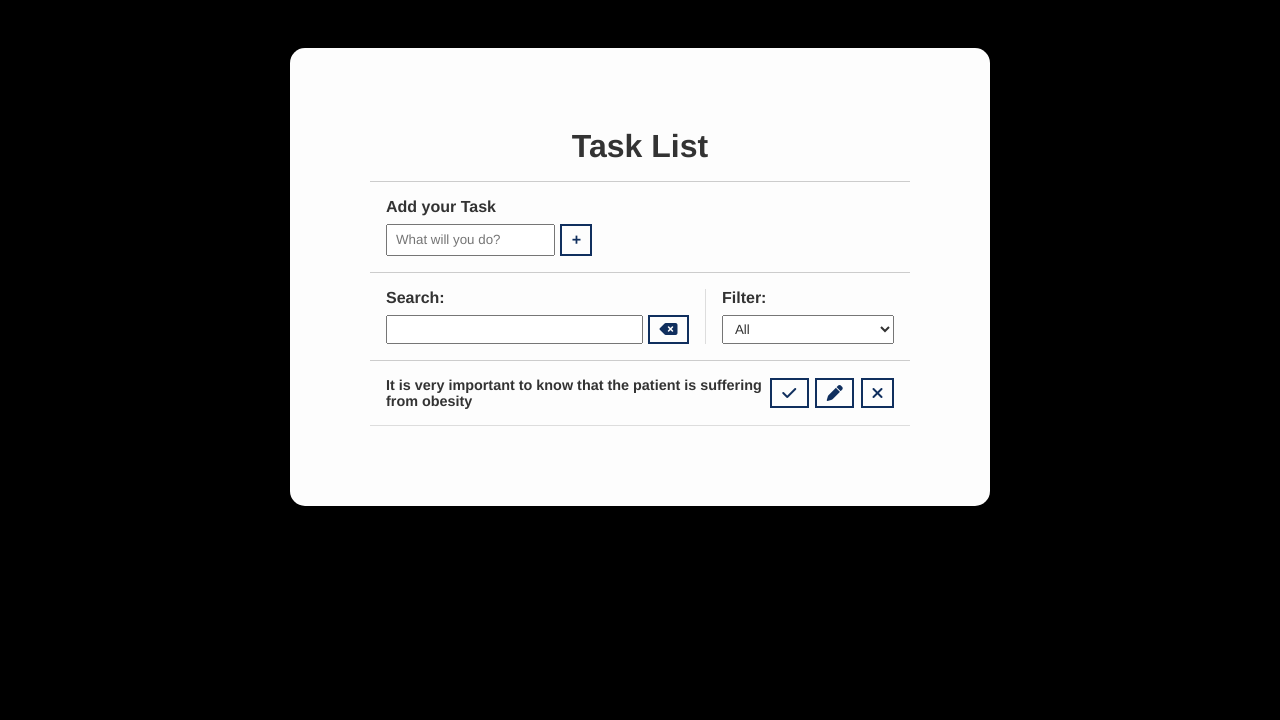
Repository: bek77g/todoList-vanillaJS
Page: index.html
The author's editor kept a copy of each file at every save. The page is drawn from the files as they stood at one save, then again after the next save.
The browser window is 1280 px wide. The pictures show the whole page.
Some web libraries are served in a nearby version.

Above is the page before, as saved 2023-01-23 12:04:12.

### index.html
<!DOCTYPE html>
<html lang="en">
  <head>
    <meta charset="UTF-8" />
    <meta http-equiv="X-UA-Compatible" content="IE=edge" />
    <meta name="viewport" content="width=device-width, initial-scale=1.0" />
    <title>TodoList JS</title>
    <link rel="stylesheet" href="src/css/style.css" />
  </head>
  <body>
    <link
      rel="stylesheet"
      href="https://cdnjs.cloudflare.com/ajax/libs/font-awesome/6.1.2/css/all.min.css"
      integrity="sha512-1sCRPdkRXhBV2PBLUdRb4tMg1w2YPf37qatUFeS7zlBy7jJI8Lf4VHwWfZZfpXtYSLy85pkm9GaYVYMfw5BC1A=="
      crossorigin="anonymous"
      referrerpolicy="no-referrer"
    />

    <div class="todo-container">
      <header>
        <h1>Task List</h1>
      </header>
      <form id="todo-form">
        <p>Add your Task</p>
        <div class="form-control">
          <input type="text" id="todo-input" placeholder="What will you do?" />
          <button type="submit">
            <i class="fa-thin fa-plus"></i>
          </button>
        </div>
      </form>
      <div id="toolbar">
        <div id="search">
          <h4>Search:</h4>
          <form>
            <input type="text" id="search-input" />
            <button id="erase-button">
              <i class="fa-solid fa-delete-left"></i>
            </button>
          </form>
        </div>
        <div id="filter">
          <h4>Filter:</h4>
          <select id="filter-select">
            <option value="all">All</option>
            <option value="done">Done</option>
            <option value="todo">Todo</option>
          </select>
        </div>
      </div>
      <div id="todo-list">
        <!-- <div class="todo done">
          <h3>
            It is very important to know that the patient is suffering from
            obesity
          </h3>
          <button class="finish-todo">
            <i class="fa-solid fa-check"></i>
          </button>
          <button class="edit-todo">
            <i class="fa-solid fa-pen"></i>
          </button>
          <button class="remove-todo">
            <i class="fa-solid fa-xmark"></i>
          </button>
        </div> -->
      </div>
    </div>
    <script src="src/js/app.js"></script>
  </body>
</html>

### src/css/style.css
/*geral*/
* {
  padding: 0;
  margin: 0;
  font-family: Helvetica;
  color: #333;
  box-sizing: border-box;
}

body {
  background-color: black;
}

button {
  background-color: #fdfdfd;
  color: #102f5e;
  border: 2px solid #102f5e;
  padding: 0.3rem 0.6rem;
  font-size: 1rem;
  cursor: pointer;
  display: flex;
  justify-content: center;
  align-items: center;
  transition: 0.4s;
}

button:hover {
  background-color: #102f5e;
  color: #fff;
}

button:hover > i {
  color: #fff;
}

button i {
  color: #102f5e;
  font-weight: bold;
  pointer-events: none;
}

.remove-todo:hover {
  background-color: red;
}

input,
select {
  padding: 0.25rem 0.5rem;
}

.hide {
  display: none;
}

/*TODO HEADER*/

.todo-container {
  max-width: 700px;
  margin: 3rem auto;
  background-color: #fdfdfd;
  padding: 5rem;
  border-radius: 15px;
}

.todo-container header {
  text-align: center;
  padding: 0 1rem 1rem;
  border-bottom: 1px solid #ccc;
}

/* TODO FORM*/

#todo-form,
#edit-form {
  padding: 1rem;
  border-bottom: 1px solid #ccc;
}

#todo-form p,
#edit-form p {
  margin-bottom: 0.5rem;
  font-weight: bold;
}

.form-control {
  display: flex;
}

.form-control input {
  margin-right: 0.3rem;
}

#cancel-edit-btn {
  margin-top: 1rem;
}

/* TODO TOOLBAR */

#toolbar {
  padding: 1rem;
  border-bottom: 1px solid #ccc;
  display: flex;
}

#toolbar h4 {
  margin-bottom: 0.5rem;
}

#search {
  border-right: 1px solid #ddd;
  padding-right: 1rem;
  margin-right: 1rem;
  width: 65%;
  display: flex;
  flex-direction: column;
}

#search form {
  display: flex;
}

#search input {
  width: 100%;
  margin-right: 0.3rem;
}

#filter {
  width: 35%;
  display: flex;
  flex-direction: column;
}

#filter select {
  flex: 1;
}

/* TODO LIST */

.todo {
  display: flex;
  justify-content: space-around;
  align-items: center;
  padding: 1rem;
  border-bottom: 1px solid #ddd;
  transition: 0.3s;
}

.todo h3 {
  flex: 1;
  font-size: 0.9rem;
}

.todo button {
  margin-left: 0.4rem;
}

.done {
  background-color: #395169;
}

.done h3 {
  color: #fff;
  text-decoration: line-through;
  font-style: italic;
}

### src/js/app.js
let todoData = [
  {
    key: 1,
    text: 'It is very important to know that the patient is suffering from obesity ',
    isDone: false,
    isEditable: false,
  },
];

let searchValue = '';
let filterValue = 'all';

//elements
const todoForm = document.querySelector('#todo-form');
const todoInput = document.querySelector('#todo-input');
const todoList = document.querySelector('#todo-list');
const searchInput = document.querySelector('#search-input');

const showTodosData = () => {
  todoList.innerHTML = '';
  todoData
    .filter((todo) => todo.text.includes(searchValue))
    .filter((el) => {
      switch (filterValue) {
        case 'all':
          return el;
          break;
        case 'done':
          if (el.done) return el;
          break;
        case 'todo':
          if (!el.done) return el;
          break;
        default:
          break;
      }
    })
    .forEach(({ key, text, isDone, isEditable }) => {
      todoList.innerHTML += `
        <div class="todo ${isDone ? 'done' : ''}">
          <h3>
            ${text}
          </h3>
          <button class="finish-todo">
            <i class="fa-solid fa-check"></i>
          </button>
          <button class="edit-todo">
            <i class="fa-solid fa-pen"></i>
          </button>
          <button class="remove-todo">
            <i class="fa-solid fa-xmark"></i>
          </button>
        </div>
    `;
    });
};

const addTodo = (text) => {
  let todoBody = {
    key: new Date().getTime(),
    text: text,
    isDone: false,
    isEditable: false,
  };
  todoData.push(todoBody);
  todoInput.value = '';
  todoInput.focus();
  showTodosData(todoData);
};

todoForm.addEventListener('submit', (e) => {
  e.preventDefault();

  const inputValue = todoInput.value;

  if (inputValue) {
    addTodo(inputValue);
  }
});

searchInput.addEventListener('input', (e) => {
  let value = e.target.value;
  if (value) {
    searchValue = value;
  }
});

showTodosData();

After the next save:
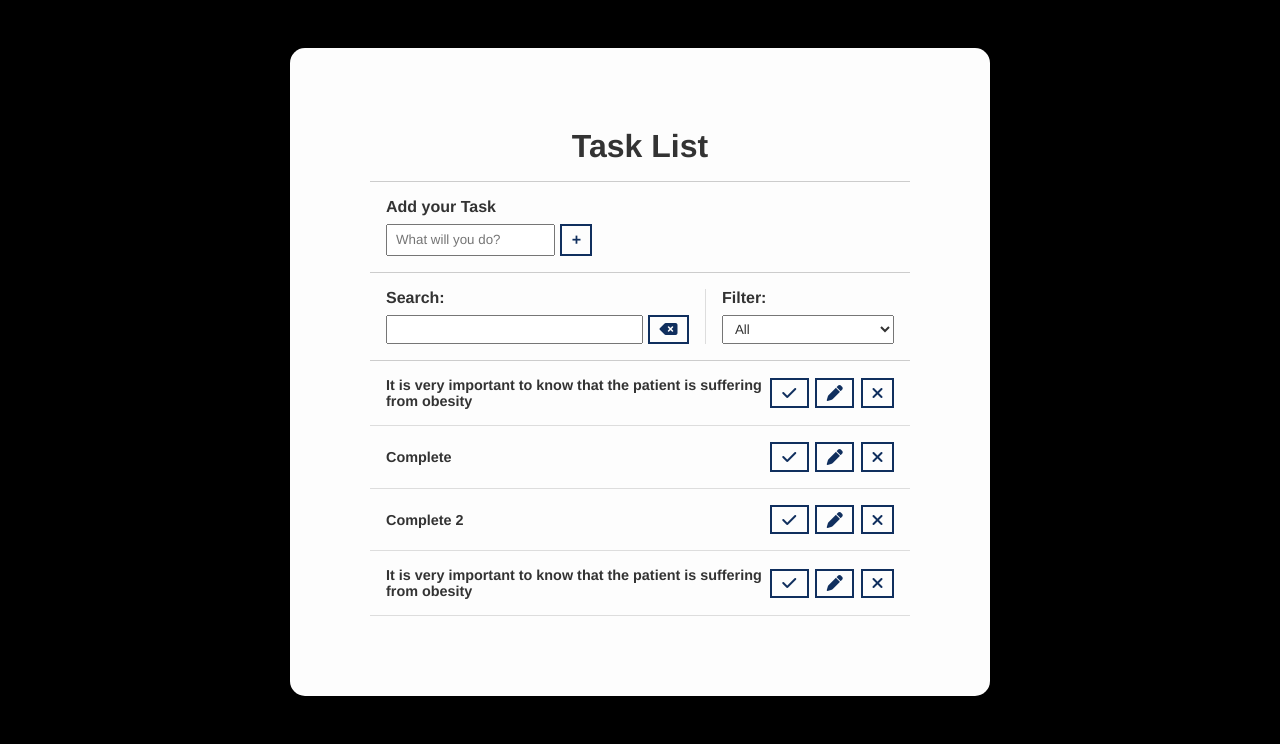
Saved 47 s later.
--- a/src/js/app.js
+++ b/src/js/app.js
@@ -1,6 +1,24 @@
 let todoData = [
   {
     key: 1,
+    text: 'It is very important to know that the patient is suffering from obesity ',
+    isDone: false,
+    isEditable: false,
+  },
+  {
+    key: 2,
+    text: 'Complete ',
+    isDone: false,
+    isEditable: false,
+  },
+  {
+    key: 3,
+    text: 'Complete 2',
+    isDone: false,
+    isEditable: false,
+  },
+  {
+    key: 4,
     text: 'It is very important to know that the patient is suffering from obesity ',
     isDone: false,
     isEditable: false,
